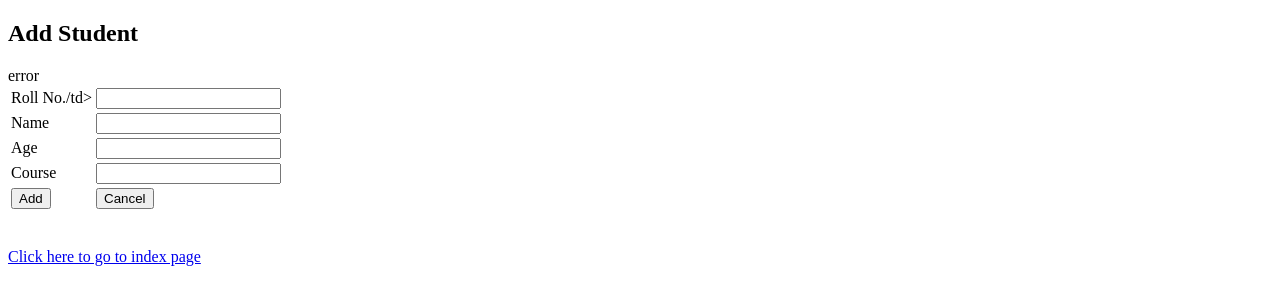
Repository: akhileshrane/ZensarJava
Page: http://localhost/student-crud/addStudent.jsp
The author's editor kept a copy of each file at every save. The page is drawn from the files as they stood at one save, then again after the next save.
The browser window is 1280 px wide. The pictures show the whole page.
The page is served by Tomcat 9.

Above is the page before, as saved 2017-06-27 09:14:01.

After the next save:
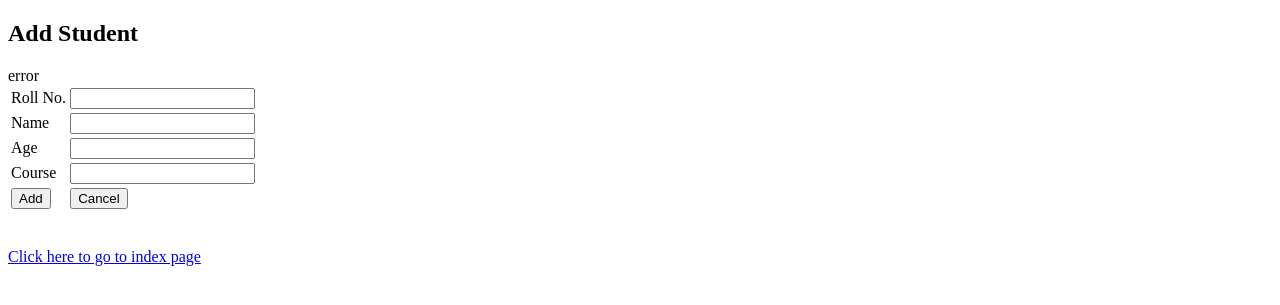
Saved 24 s later.
--- a/student-crud/WebContent/addStudent.jsp
+++ b/student-crud/WebContent/addStudent.jsp
@@ -11,7 +11,7 @@
 <form name="addStudentForm" action="viewAllStudents.jsp">
 <table>
 	<tr>
-		<td>Roll No./td>
+		<td>Roll No.</td>
 		<td><input type="text" name="rollNumber" />
 		</td>
 	</tr>
